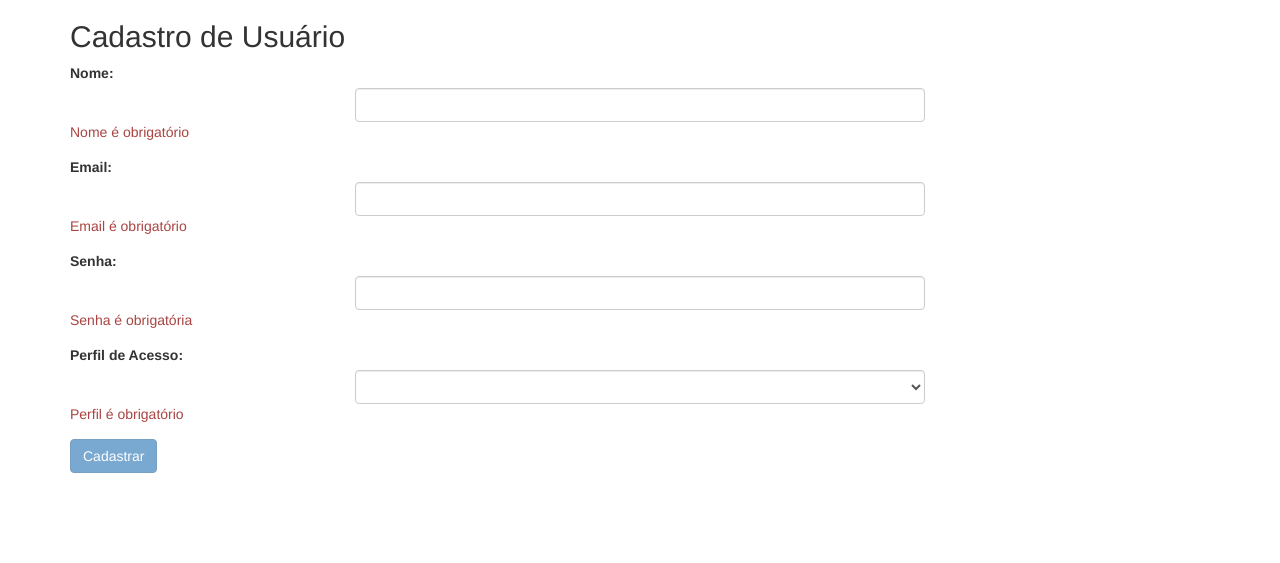
Repository: AndersonSchinemann/ProjetoSaas
Page: TopData/src/main/resources/static/views/cadastro.html
An editor plug-in stored every save of this project. The page is shown before and after the next save, followed by the edit.
The browser window is 1280 px wide. The pictures show the whole page.

Above is the page before, as saved 2023-11-13 16:50:44.

### TopData/src/main/resources/static/views/cadastro.html
<!-- Adicione Bootstrap CSS e AngularJS -->
<link rel="stylesheet" href="https://maxcdn.bootstrapcdn.com/bootstrap/3.3.7/css/bootstrap.min.css">

<!-- Adicione ng-bootstrap CSS e JavaScript -->
<!--<link rel="stylesheet" href="https://maxcdn.bootstrapcdn.com/bootstrap/4.5.2/css/bootstrap.min.css">-->
<script src="https://ajax.googleapis.com/ajax/libs/angularjs/1.8.2/angular.min.js"></script>
<!--<script src="https://cdnjs.cloudflare.com/ajax/libs/angular-ui-bootstrap/3.0.6/ui-bootstrap-tpls.min.js"></script>-->
<style>
  /* Adicione um estilo personalizado para ajustar a largura dos inputs */
  .custom-width-input {
    width: 50%; /* Largura desejada */
    margin: auto; /* Para centralizar horizontalmente */
  }
</style>
<!-- Seus scripts Angular -->
<script src="js/controllerCad.js"></script>

<div class="container text-left" ng-app="CadastroApp" ng-controller="CadastroController">
  <h2>Cadastro de Usuário</h2>

  <form name="formulario" ng-app>
    <div class="form-group text-left">
      <label for="nome">Nome:</label>
      <input type="text" class="form-control custom-width-input" id="nome" ng-model="usuario.nome" name="nome" required>
      <span ng-class="{'text-danger': formulario.nome.$error.required}" ng-show="formulario.nome.$error.required">Nome é obrigatório</span>
    </div>

    <div class="form-group text-left">
      <label for="email">Email:</label>
      <input type="email" class="form-control custom-width-input" id="email" ng-model="usuario.email" name="email" required>
      <span ng-class="{'text-danger': formulario.email.$error.required}" ng-show="formulario.email.$error.required">Email é obrigatório</span>
      <span ng-class="{'text-danger': formulario.email.$error.email}" ng-show="formulario.email.$error.email">E-mail inválido</span>
    </div>

    <div class="form-group text-left">
      <label for="senha">Senha:</label>
      <input type="password" class="form-control custom-width-input" id="senha" ng-model="usuario.senha" name="senha" required>
      <span ng-class="{'text-danger': formulario.senha.$error.required}" ng-show="formulario.senha.$error.required">Senha é obrigatória</span>
    </div>

    <div class="form-group text-left">
      <label for="perfil">Perfil de Acesso:</label>
      <select class="form-control custom-width-input" id="perfil" ng-model="usuario.perfil" name="perfil" required>
        <option value="admin">Admin</option>
        <option value="usuario">Usuário</option>
      </select>
      <span ng-class="{'text-danger': formulario.perfil.$error.required}" ng-show="formulario.perfil.$error.required">Perfil é obrigatório</span>
    </div>

    <button type="button" class="btn btn-primary" ng-click="cadastrarUsuario()" ng-disabled="formulario.$invalid || formulario.$pristine">Cadastrar</button>
  </form>
</div>

### TopData/src/main/resources/static/js/controllerCad.js
var app = angular.module('CadastroApp',  []);

app.controller('CadastroController', function($scope, $http) {
    $scope.usuario = {};

    $scope.cadastrarUsuario = function() {
        // Aqui você pode enviar os dados para o backend (Spring Boot) usando $http.post
        // Exemplo:
       for (var key in $scope.usuario) {
        if (!$scope.usuario[key]) {
          // Exibe uma mensagem de erro informando qual campo está vazio
          alert('O campo ' + key + ' é obrigatório.');
          return;
        }
      }
      $http.post('/api/usuarios', $scope.usuario)
           .then(function(response) {
		        console.log(response.data);
		        // Exibir mensagem de sucesso
		        alert('Usuário cadastrado com sucesso!');
		    })
		    .catch(function(error) {
		        console.log(error);
		        // Exibir mensagem de erro
		        alert('Erro ao cadastrar usuário. Por favor, tente novamente JS.');
			});

	}

});

After the next save:
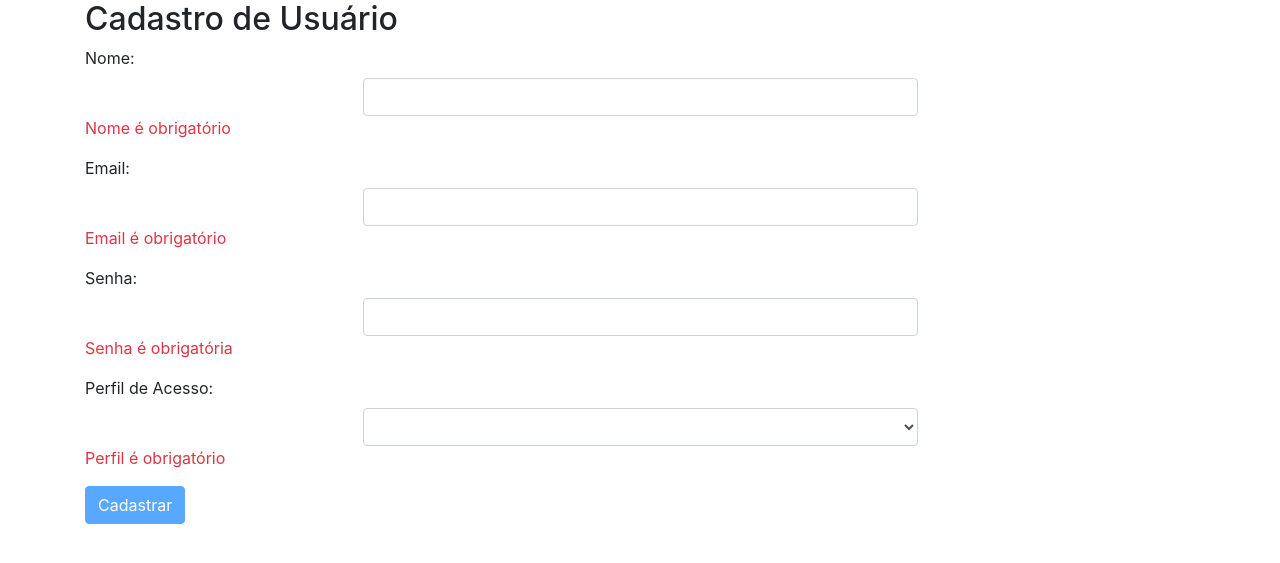
Saved 70 s later.
--- a/TopData/src/main/resources/static/views/cadastro.html
+++ b/TopData/src/main/resources/static/views/cadastro.html
@@ -1,8 +1,8 @@
 <!-- Adicione Bootstrap CSS e AngularJS -->
-<link rel="stylesheet" href="https://maxcdn.bootstrapcdn.com/bootstrap/3.3.7/css/bootstrap.min.css">
+<!--<link rel="stylesheet" href="https://maxcdn.bootstrapcdn.com/bootstrap/3.3.7/css/bootstrap.min.css">-->
 
 <!-- Adicione ng-bootstrap CSS e JavaScript -->
-<!--<link rel="stylesheet" href="https://maxcdn.bootstrapcdn.com/bootstrap/4.5.2/css/bootstrap.min.css">-->
+<link rel="stylesheet" href="https://maxcdn.bootstrapcdn.com/bootstrap/4.5.2/css/bootstrap.min.css">
 <script src="https://ajax.googleapis.com/ajax/libs/angularjs/1.8.2/angular.min.js"></script>
 <!--<script src="https://cdnjs.cloudflare.com/ajax/libs/angular-ui-bootstrap/3.0.6/ui-bootstrap-tpls.min.js"></script>-->
 <style>
